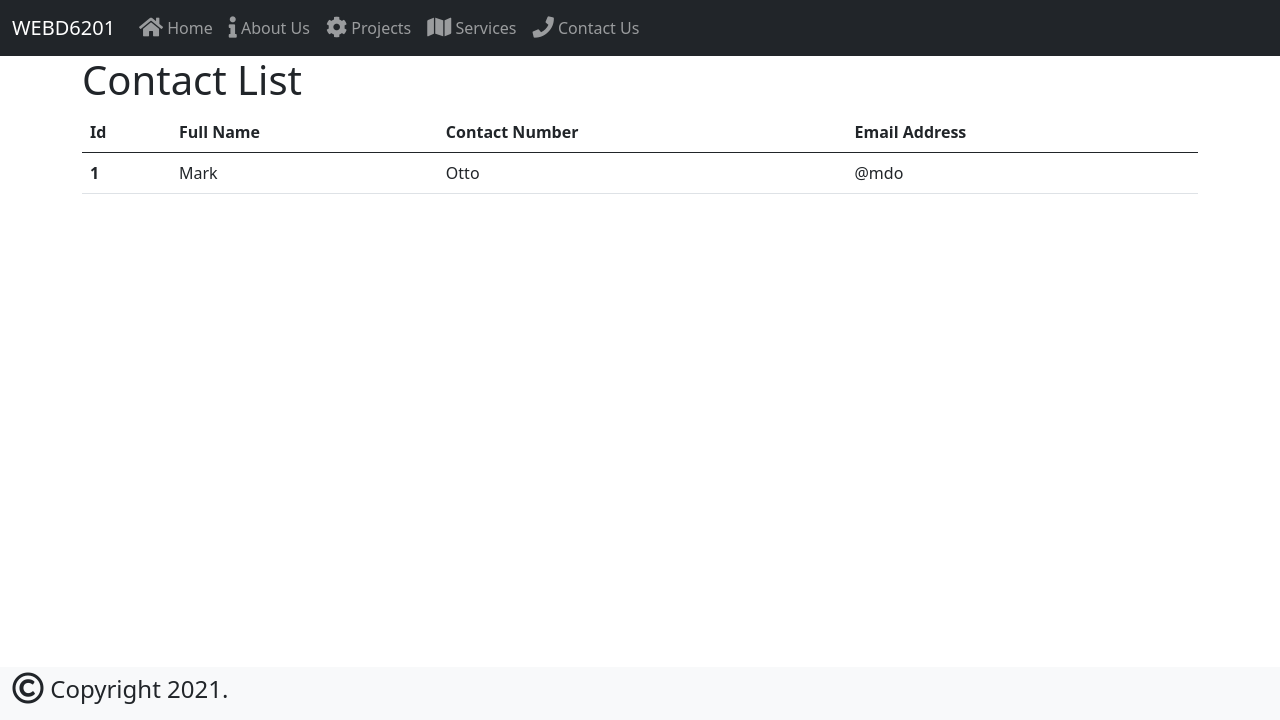
Repository: CKM206/WEBD6201-W2021-ICE2
Page: contact-list.html
An editor plug-in stored every save of this project. The page is shown before and after the next save, followed by the edit.
The browser window is 1280 px wide. The pictures show the whole page.

Above is the page before, as saved 2021-01-28 09:38:22.

After the next save:
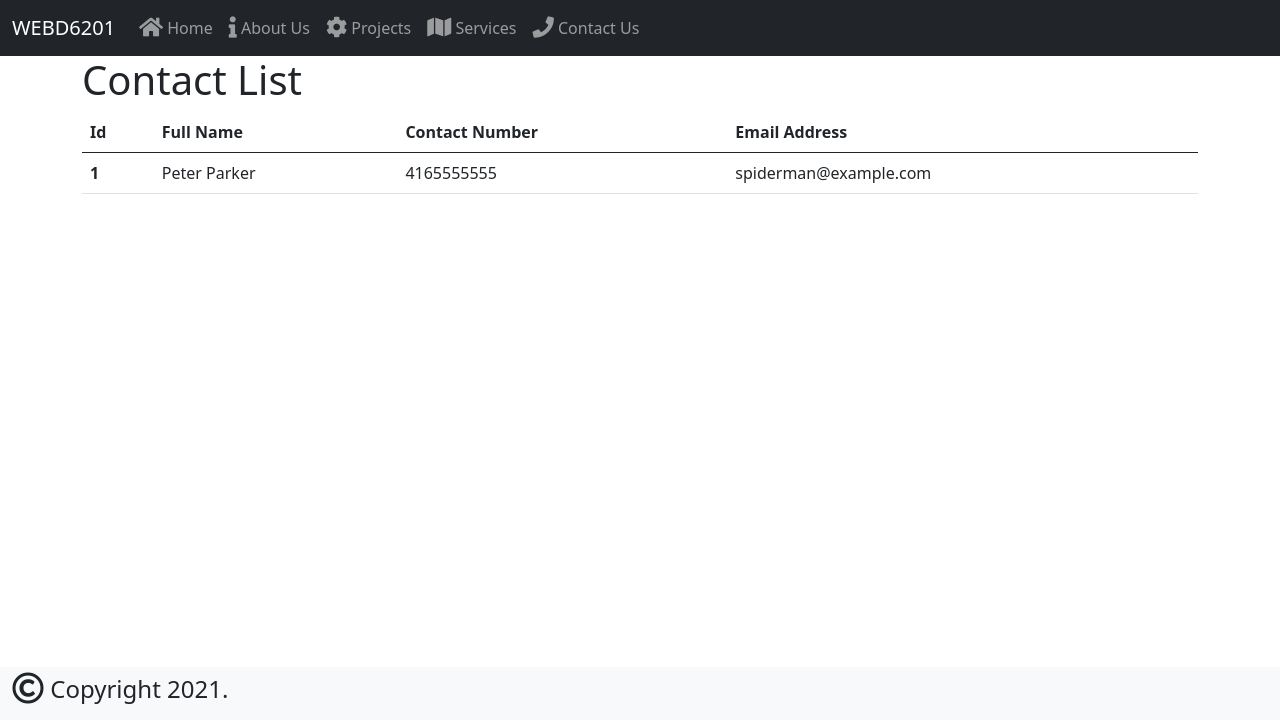
Saved 31 s later.
--- a/contact-list.html
+++ b/contact-list.html
@@ -61,9 +61,9 @@
             <tbody>
               <tr>
                 <th scope="row">1</th>
-                <td>Mark</td>
-                <td>Otto</td>
-                <td>@mdo</td>
+                <td>Peter Parker</td>
+                <td>4165555555</td>
+                <td>spiderman@example.com</td>
               </tr>
             </tbody>
           </table>
